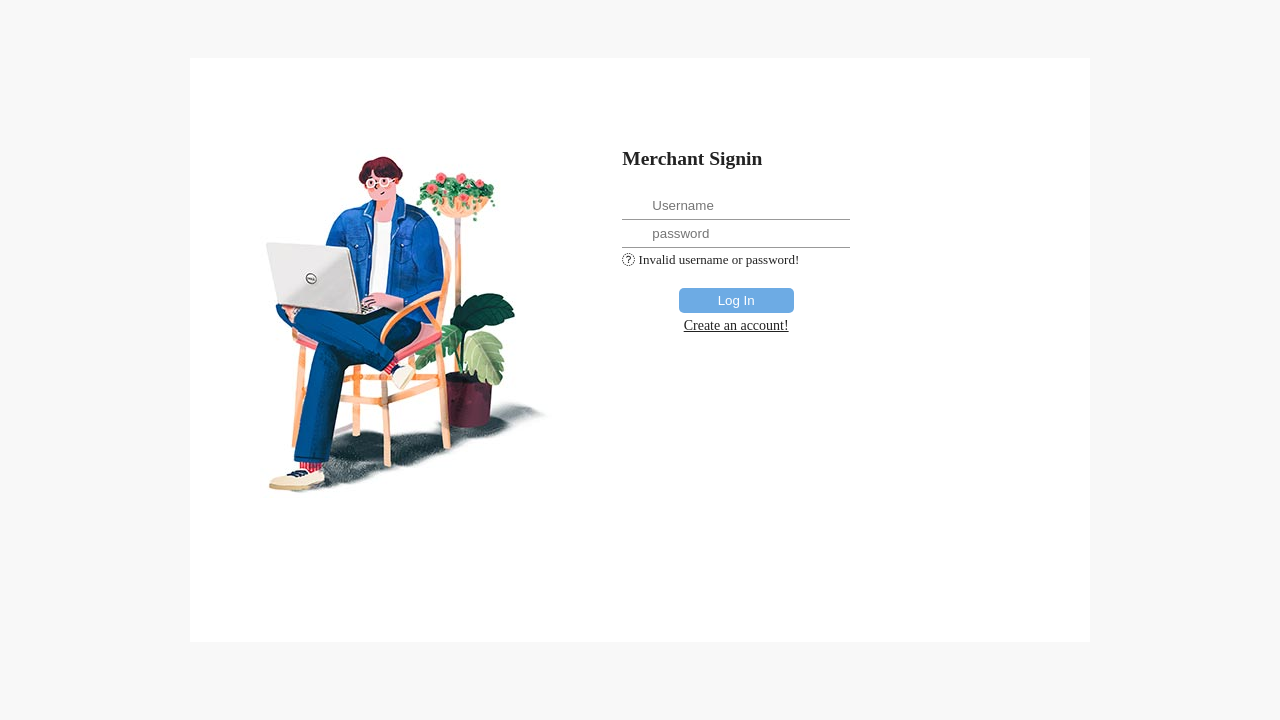
Repository: PhuongHuynh9987/Shopaholic-Ecommerce
Page: http://localhost/Shopaholic/merchantlogin.jsp
An editor plug-in stored every save of this project. The page is shown before and after the next save, followed by the edit.
The browser window is 1280 px wide. The pictures show the whole page.
The page is served by Tomcat 9.

Above is the page before, as saved 2024-01-28 20:45:35.

After the next save:
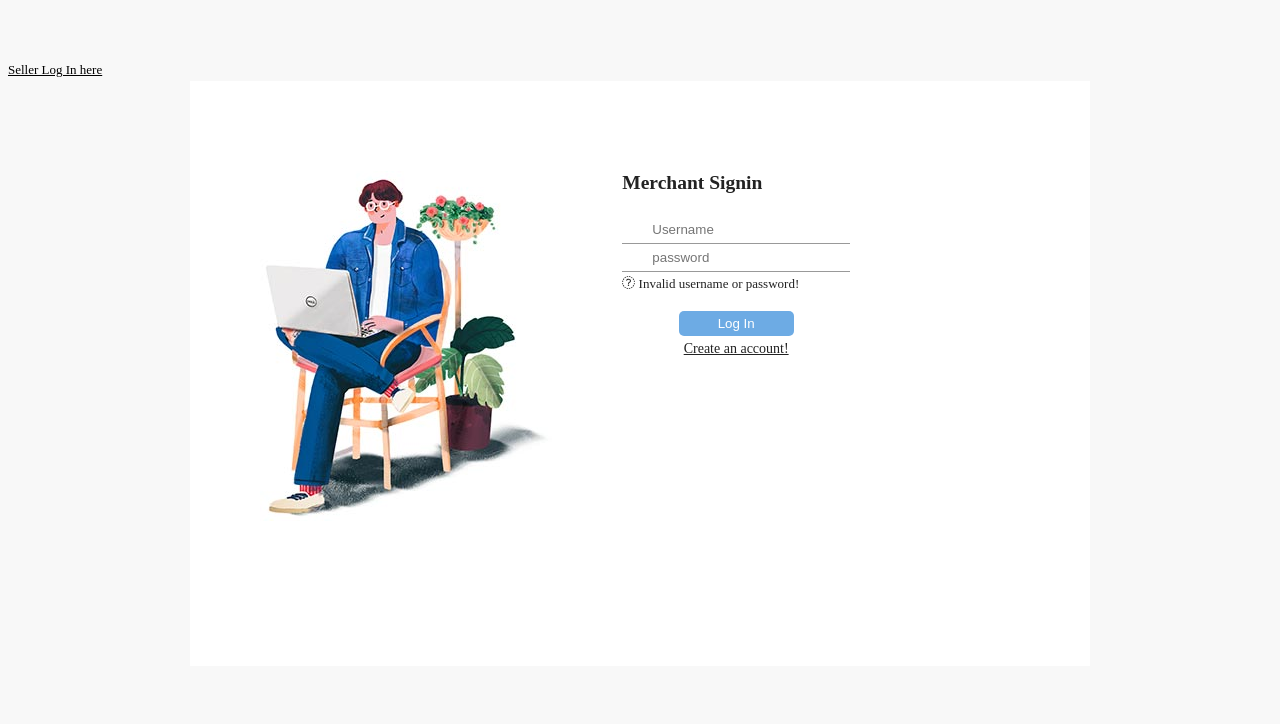
Saved 3 min 35 s later.
--- a/Shopaholic/src/main/webapp/merchantlogin.jsp
+++ b/Shopaholic/src/main/webapp/merchantlogin.jsp
@@ -25,6 +25,9 @@
 <input type="hidden" id = "status" value = <%=request.getAttribute("status")%>>
 <%System.out.println(request.getAttribute("status")); %>
 	<div class="main">
+		<div>
+			<a href = "merchantlogin.jsp">Seller Log In here</a>
+		</div>
 		<!-- Sign in form -->
 		<section class = "sign-in">
 			<div class = "container">
